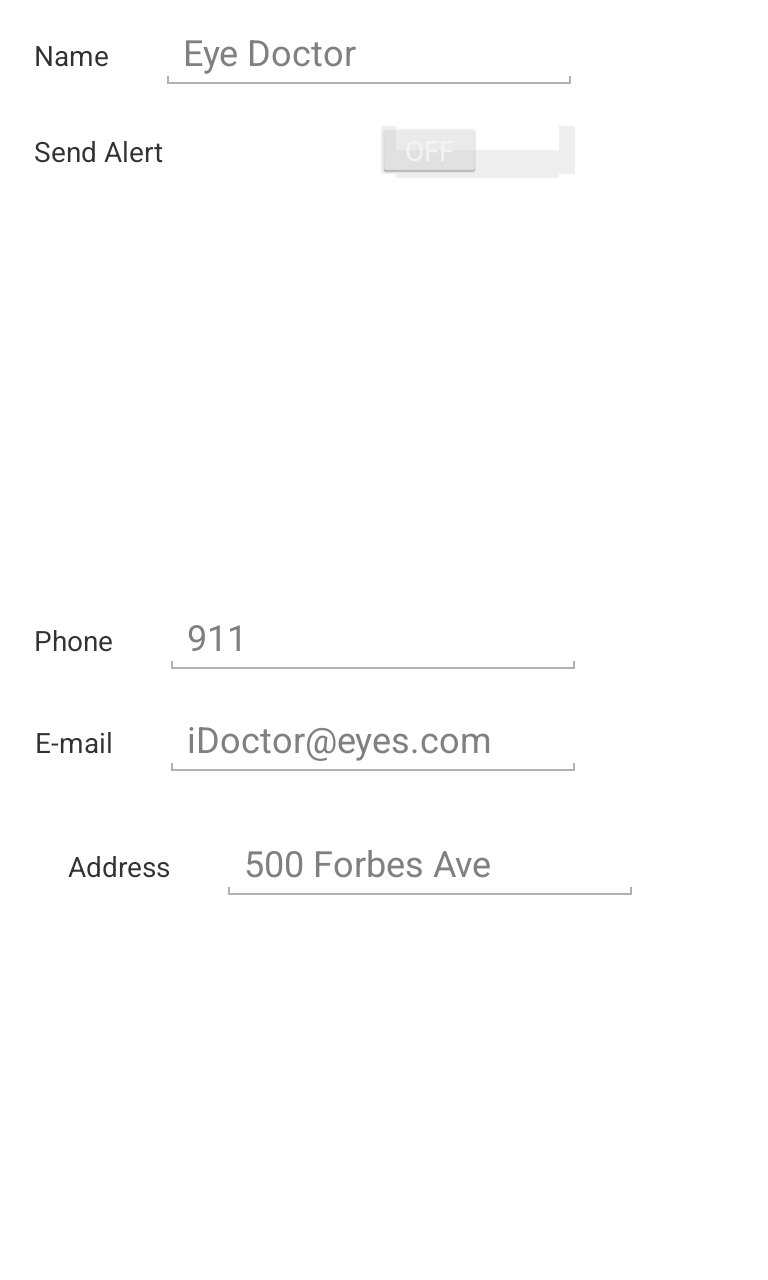
Repository: ranika/pilltracker
Layout: PillTracker/res/layout/f_doctors_doctoreditactivity.xml
The author's editor kept a copy of each file at every save. The layout is drawn from the files as they stood at one save, then again after the next save.
It is drawn on a 768 x 1280 px phone screen (xhdpi) without system bars, with theme AppTheme; the app's code is not run.

Above is the layout before, as saved 2014-04-16 15:02:16.

### PillTracker/res/layout/f_doctors_doctoreditactivity.xml
<RelativeLayout xmlns:android="http://schemas.android.com/apk/res/android"
    android:layout_width="fill_parent"
    android:layout_height="fill_parent" >

    <TextView
        android:id="@+id/textView1"
        android:layout_width="wrap_content"
        android:layout_height="wrap_content"
        android:layout_alignParentLeft="true"
        android:layout_alignParentTop="true"
        android:layout_marginLeft="17dp"
        android:layout_marginTop="18dp"
        android:text="@string/name" />

    <EditText
        android:id="@+id/fdea_et1"
        android:layout_width="wrap_content"
        android:layout_height="wrap_content"
        android:layout_alignBaseline="@+id/textView1"
        android:layout_alignBottom="@+id/textView1"
        android:layout_marginLeft="25dp"
        android:layout_toRightOf="@+id/textView1"
        android:hint="@string/eye_doctor"
        android:ems="10" >
    </EditText>

    <TextView
        android:id="@+id/textView2"
        android:layout_width="wrap_content"
        android:layout_height="wrap_content"
        android:layout_alignLeft="@+id/textView1"
        android:layout_below="@+id/fdea_et1"
        android:layout_marginTop="20dp"
        android:text="@string/send_alert" />

    <Switch
        android:id="@+id/fdea_s1"
        android:layout_width="wrap_content"
        android:layout_height="wrap_content"
        android:layout_alignBaseline="@+id/textView2"
        android:layout_alignBottom="@+id/textView2"
        android:layout_alignRight="@+id/fdea_et1" />

    <!-- for future implementation
    <RadioButton
        android:id="@+id/fdea_cb1"
        android:layout_width="wrap_content"
        android:layout_height="wrap_content"
        android:layout_alignLeft="@+id/textView2"
        android:layout_below="@+id/fdea_s1"
        android:layout_marginTop="20dp"
        android:text="@string/pill" />

    <RadioButton
        android:id="@+id/fdea_cb2"
        android:layout_width="wrap_content"
        android:layout_height="wrap_content"
        android:layout_alignLeft="@+id/fdea_cb1"
        android:layout_below="@+id/fdea_cb1"
        android:text="@string/vitamin" />

    <RadioButton
        android:id="@+id/fdea_cb3"
        android:layout_width="wrap_content"
        android:layout_height="wrap_content"
        android:layout_alignLeft="@+id/fdea_cb2"
        android:layout_below="@+id/fdea_cb2"
        android:text="@string/nasal" />

    -->

	<!-- android:layout_alignLeft="@+id/fdea_cb3" -->
    <TextView
        android:id="@+id/textView3"
        android:layout_width="wrap_content"
        android:layout_height="wrap_content"
        android:layout_centerVertical="true"
        android:layout_marginLeft="17dp"
        android:text="@string/phone" />

    <EditText
        android:id="@+id/fdea_et2"
        android:layout_width="wrap_content"
        android:layout_height="wrap_content"
        android:layout_alignBaseline="@+id/textView3"
        android:layout_alignBottom="@+id/textView3"
        android:layout_marginLeft="25dp"
        android:layout_toRightOf="@+id/textView3"
        android:hint="@string/number"
        android:ems="10" >
    </EditText>

    <TextView
        android:id="@+id/textView4"
        android:layout_width="wrap_content"
        android:layout_height="wrap_content"
        android:layout_alignRight="@+id/textView3"
        android:layout_below="@+id/fdea_et2"
        android:layout_marginTop="23dp"
        android:layout_marginLeft="17dp"
        android:text="@string/email" />

    <EditText
        android:id="@+id/fdea_et3"
        android:layout_width="wrap_content"
        android:layout_height="wrap_content"
        android:layout_alignBaseline="@+id/textView4"
        android:layout_alignBottom="@+id/textView4"
        android:layout_marginLeft="25dp"
        android:layout_toRightOf="@+id/textView4"
        android:hint="@string/email_address"
        android:ems="10" >
    </EditText>

    <TextView
        android:id="@+id/textView5"
        android:layout_width="wrap_content"
        android:layout_height="wrap_content"
        android:layout_alignLeft="@+id/textView3"
        android:layout_below="@+id/fdea_et3"
        android:layout_marginTop="34dp"
        android:layout_marginLeft="17dp"
        android:text="@string/address" />

    <EditText
        android:id="@+id/fdea_et4"
        android:layout_width="wrap_content"
        android:layout_height="wrap_content"
        android:layout_alignBaseline="@+id/textView5"
        android:layout_alignBottom="@+id/textView5"
        android:layout_marginLeft="25dp"
        android:layout_toRightOf="@+id/textView5"
        android:hint="@string/addy"
        android:ems="10" >
    </EditText>

</RelativeLayout>

### PillTracker/res/values/strings.xml
<?xml version="1.0" encoding="utf-8"?>
<resources>

    <string name="app_name">Pill Tracker</string>
    <string name="med_log">Medication Log</string>
    <string name="prescriptions">Prescriptions</string>
    <string name="reminders">Reminders</string>
    <string name="doctors">Doctors</string>
    <string name="pharmacies">Pharmacies</string>
    <string name="notes">Notes</string>
    <string name="settings">Settings</string>

    <color name="black">#CCCCCC</color>

    <string name="title_activity_med_log">Medication Log</string>
    <string name="today">Today</string>
    <string name="ten_am">10 AM</string>
    <string name="pill">Pill</string>
    <string name="vitamin">Vitamin</string>
    <string name="ten_pm">10 PM</string>
    <string name="nasal">Nasal Spray</string>
    <string name="title_activity_prescription">Prescriptions</string>
    <string name="add">Add</string>
    <string name="title_activity_doctors">Doctors</string>
    <string name="eye_doctor">Eye Doctor</string>
    <string name="family_physician">Family Physician</string>
    <string name="orthopedic">Orthopedic</string>
    <string name="title_activity_notes">Notes</string>
    <string name="hello_world">Hello world!</string>
    <string name="action_settings">Settings</string>
    <string name="reminder">Reminder</string>
    <string name="to_do">To Do</string>
    <string name="blah">BlahBlahBlah</string>
    <string name="title_activity_pharmacies">Pharmacies</string>

    <string-array name="miles">
        <item>10 miles</item>
        <item>15 miles</item>
        <item>20 miles</item>
        <item> 50 miles</item>
    </string-array>

    <string name="display">Display pharmacies within:</string>
    <string name="find">Find</string>
    <string name="title_activity_prescription_edit">Edit Prescription</string>
    <string name="title_activity_edit_prescription">Edit Prescriptions</string>
    <string name="name">Name</string>
    <string name="monday">Monday</string>
    <string name="tuesday">Tuesday</string>
    <string name="wednesday">Wednesday</string>
    <string name="thursday">Thursday</string>
    <string name="friday">Friday</string>
    <string name="saturday">Saturday</string>
    <string name="sunday">Sunday</string>
    <string name="days">Set Days</string>
    <string name="time">Set Time</string>
    <string name="title_activity_doctor_edit">Edit Doctor</string>
    <string name="send_alert">Send Alert</string>
    <string name="phone">Phone</string>
    <string name="number">911</string>
    <string name="email">E-mail</string>
    <string name="email_address">iDoctor@eyes.com</string>
    <string name="address">Address</string>
    <string name="addy">500 Forbes Ave</string>
    <string name="title_activity_reminders">Reminders</string>
    <string name="title_activity_settings">Settings</string>
    <string name="location">My Location</string>
    <string name="wireless">Use wireless networks</string>
    <string name="gps">Use GPS satellites</string>

</resources>

Loaded but not shown: PillTracker/res/values/styles.xml (common file); PillTracker/res/values-v11/styles.xml (common file); PillTracker/res/values-v14/styles.xml (common file)

After the next save:
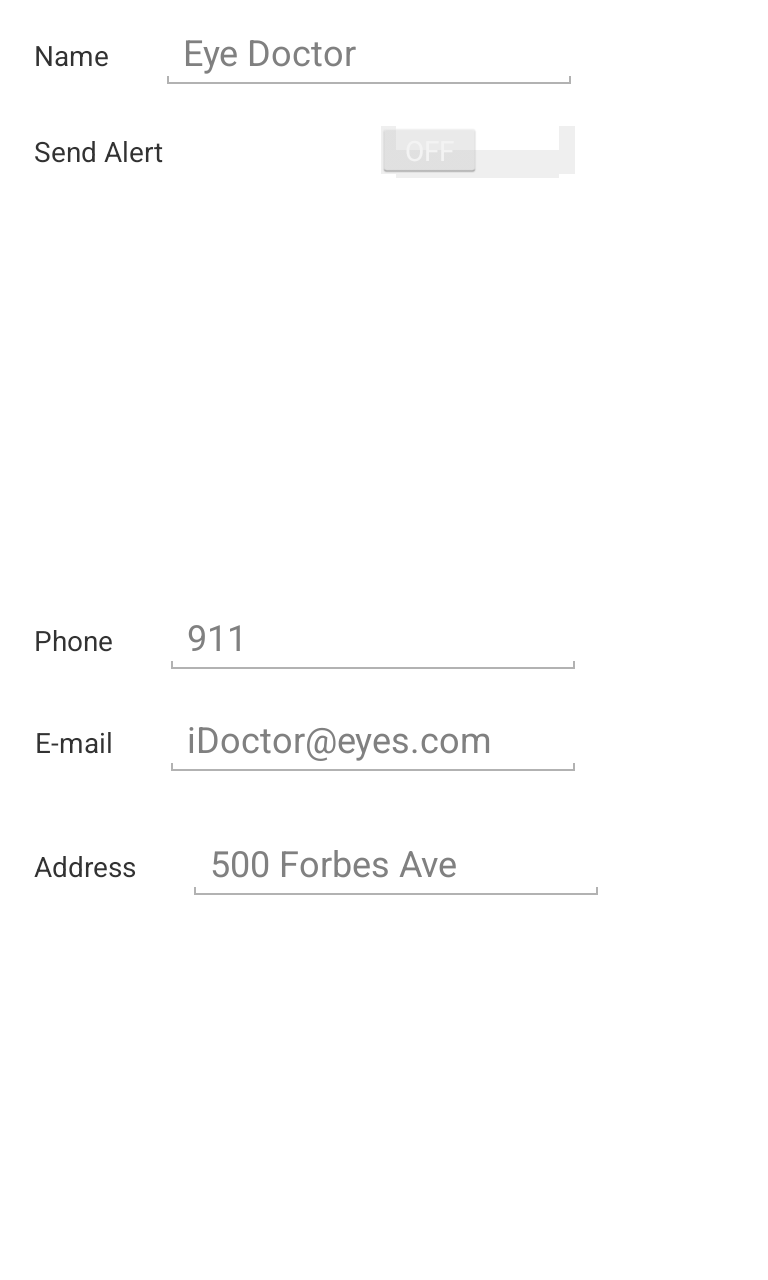
Saved 21 s later.
--- a/PillTracker/res/layout/f_doctors_doctoreditactivity.xml
+++ b/PillTracker/res/layout/f_doctors_doctoreditactivity.xml
@@ -119,7 +119,6 @@
         android:layout_alignLeft="@+id/textView3"
         android:layout_below="@+id/fdea_et3"
         android:layout_marginTop="34dp"
-        android:layout_marginLeft="17dp"
         android:text="@string/address" />
 
     <EditText
